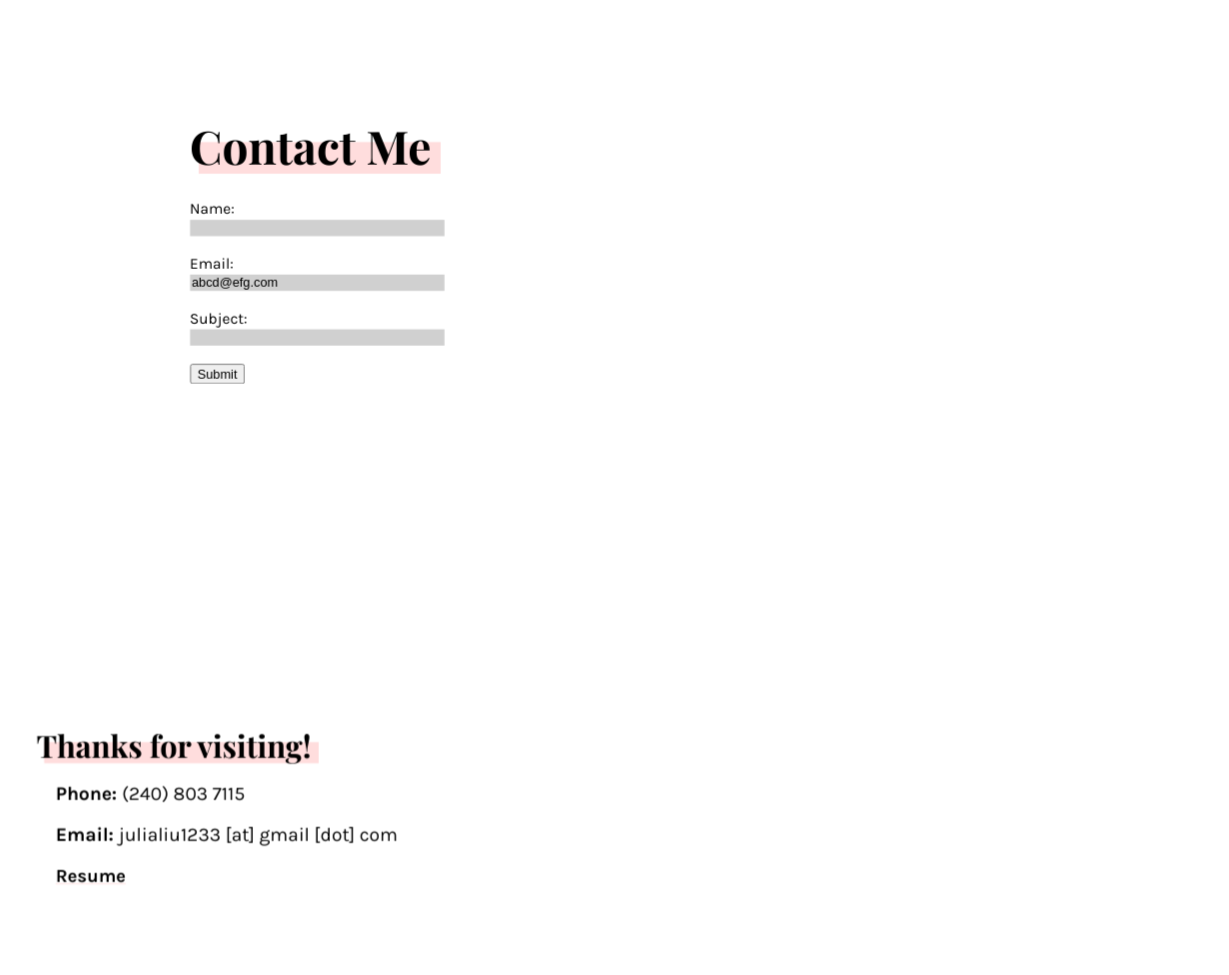
Repository: liu-julia/liu-julia.github.io
Page: contact.html
An editor plug-in stored every save of this project. The page is shown before and after the next save, followed by the edit.
The browser window is 1280 px wide. The pictures show the whole page, at 96% of full size.

Above is the page before, as saved 2022-05-19 15:32:50.

### contact.html
<!DOCTYPE html>
<html lang="en">
<head>
    <meta charset="UTF-8">
    <meta http-equiv="X-UA-Compatible" content="IE=edge">
    <meta name="viewport" content="width=device-width, initial-scale=1.0">
    <link rel="preconnect" href="https://fonts.googleapis.com">
    <link rel="preconnect" href="https://fonts.gstatic.com" crossorigin>
    <link href="https://fonts.googleapis.com/css2?family=Karla:wght@300;400;700&family=Open+Sans:wght@300;400;700&family=Playfair+Display:wght@400;700&family=Prata&display=swap" rel="stylesheet">
    <link rel="stylesheet" href="css/styles.css">
    <link rel="icon" href="images/jllogo.png">
    <script src="js/scripts.js"></script>
    <title>Julia Liu</title>
</head>
<body>
    <header id="topbar">
        <img id="logo" src="images/jllogo.png" alt="JL logo">
        <div id="navbar">
            <a class="hl_hover" href="index.html">Projects</a>
            <a class="hl_hover" href="about.html">About</a>
            <a class="highlighted" href="contact.html">Contact</a>
        </div>
    </header>
    <div id="content">
        <div class="form-container">
            <h2 class="highlighted">Contact Me</h2><br>
            <form>
                <label for="name"> Name:</label><br>
                <input type="text" id="name" name="name" required><br><br>
                <label for="email">Email:</label><br>
                <input type="email" id="email" size="30" value="abcd@efg.com" required><br><br>
                <label for="subject">Subject:</label><br>
                <input type="text" id="subject" name="subject" required><br><br>
                <button type="submit" value="Submit">Submit</buttom>
            </form>
        </div>
        <div id="foot">
            <h3 class="highlighted">Thanks for visiting!</h3>
            <div>
                <p><b>Phone: </b> (240) 803 7115</p>
                <p><b>Email: </b> juli<!--anti spam-->aliu1233 <!--anti spam--> [at] gmai<!--anti spam-->l [dot] com</p>
                <a href="JuliaLiu.pdf"><b>Resume</b></a>
            </div>
        </div>
    </div>
</body>
</html>

### css/styles.css
:root {
    font-family: 'Karla', sans-serif;
}
html {
    height: 100%;
}
header {
    position: fixed;
    top: 0;
    left: 0;
    right: 0;
    width: 100%;
    height: 60px;
    background-color: white;
    z-index: 1;
    box-shadow: 0 0 10px #FFFFFF;
    transition: top .2s;
}
#logo {
    width: 25px;
    height: 35px;
    padding: 13px;
}
#navbar {
    float: right;
}
#navbar a {
    position: relative;
    top: 10px;
    margin-right: 25px;
    align-self: center;
    color: black;
}
body {
    height: 100%;
}
#content {
    height: 100%;
}
h1 {
    font-family: 'Prata', serif;
    font-weight: 400;
    font-size: 6em;
}
#top {
    height: 100%;
}
h1{
    position: absolute;
    bottom: 12rem;
    left: 1rem;
    right: 1rem;
    text-align: center;
    margin: auto;
    width: 75%;
}
h1.highlighted::before {
    content: "";
    position: absolute;
    width: 100%;
    background: #ffdddd;
    left: .25em;
    bottom: .15em;
    height: .7em;
    z-index: -1;
    animation: highlightAnimation ease 3s;
    animation-iteration-count: 1;
    animation-fill-mode: forwards;
}

@keyframes highlightAnimation {
    0% {
        transform: scaleX(0);
        transform-origin: left;
    }
    100% {
        transform: scaleX(1);
        transform-origin: left;
     }
}

#navbar a.highlighted::before {
    content: "";
    position: absolute;
    width: 100%;
    background: #ffdddd;
    left: .25em;
    bottom: .05em;
    height: .7em;
    z-index: -1;
}
.hl_hover::before {
    content: "";
    position: absolute;
    width: 100%;
    background: #ffdddd;
    left: .25em;
    bottom: .05em;
    height: .7em;
    z-index: -1;
    transition: transform 0.5s;
    transform: scaleX(0);
    transform-origin: right;
}
.hl_hover:hover::before {
    transform: scaleX(1);
    transform-origin: left;
}
h2 {
    font-family: 'Playfair Display', serif;
    font-size: 3em;
}
h3 {
    font-family: 'Playfair Display', serif;
    font-size: 2em;

}
h4 {
    font-size: 1.1em;
    line-height: 1.5em;
}
h3.highlighted::before {
    content: "";
    position: absolute;
    width: 100%;
    background: #ffdddd;
    left: .25em;
    bottom: .05em;
    height: .7em;
    z-index: -1;
}
#navbar a {
    font-family: 'Playfair Display', serif;
    font-size: 1.5em;
    font-weight: 700;
    text-decoration: none;
}
p {
    font-size: 1.25rem;
}
#head_desc {
    font-size: 1.5em;
    font-weight: 400;
    position: absolute;
    bottom: 6rem;
    width: 90%;
    left: 1rem;
    right: 1rem;
    text-align: center;
    margin: auto;
    width: 75%;
}
#face {
    position: absolute;
    height: 45%;
    top: 5em;
    left: 30em;
    right: 30em;
    border-radius: 2em;
    margin: auto;
    box-shadow: 2px 2px 10px #00000066;
}
#foot {
    padding-left: 30px;
    position: absolute;
    width: 90%;
    height: 40%;
}
#foot h3.highlighted {
    position: absolute;
    bottom: 65%;
}
#foot div {
    position: absolute;
    bottom: 25%;
    padding: 20px;
}
a {
    color: black;
    text-decoration: underline;
    text-decoration-color: #ffdddd;
    transition: text-decoration ease-in .2s;
}
#foot a {
    font-size: 1.2rem;
}
a:hover {
    text-decoration-color: #ffb4b4;
}
#construction {
    height: 100%;
}

body {
    animation: fadeInAnimation ease 2s;
    animation-iteration-count: 1;
    animation-fill-mode: forwards;
}

@keyframes fadeInAnimation {
    0% {
        opacity: 0;
    }
    100% {
        opacity: 1;
     }
}
.project {
    width: 70%;
    display: flex;
    margin: auto;
    height: 40%;
    padding: 2.5rem;
    align-items: center;
}
.project img {
    max-width: 40%;
    max-height: 100%;
    box-shadow: 2px 2px 10px #00000066;
    border-radius: 2rem;
    margin: 2em;
}

a img {
    max-width: 8%;
    position: absolute;
    bottom: 30px;
    margin: auto;
    left: 1rem;
    right: 1rem;
}
.about {
    width: 70%;
    display: flex;
    margin: auto;
    height: 100%;
    align-items: center;
}

.about img {
    max-width: 30%;
    box-shadow: 2px 2px 10px #00000066;
    border-radius: 2rem;
    margin: 2em;
}

.about-text {
    position: absolute;
    margin-left: 25%;
    margin-right: 15%;
}
.about-text h2 {
    position: absolute;
    top: -110px;
}

h2.highlighted::before {
    content: "";
    position: absolute;
    width: 100%;
    background: #ffdddd;
    left: .20em;
    bottom: .05em;
    height: .7em;
    z-index: -1;
}

.form-container {
    width: 70%;
    margin: auto;
    height: 100%;
}

.form-container h2 {
    position: absolute;
    top: 5rem;
}

form {
    position: absolute;
    top: 13rem;
}

input {
    width: 100%;
    background-color: #d0d0d0;
    border: none;
}

### js/scripts.js
var prevScrollpos = window.pageYOffset;
window.onscroll = function() {
  var currentScrollPos = window.pageYOffset;
  if (prevScrollpos > currentScrollPos) {
    document.getElementById("topbar").style.top = "0";
  } else {
    document.getElementById("topbar").style.top = "-70px";
  }
  prevScrollpos = currentScrollPos;
}

After the next save:
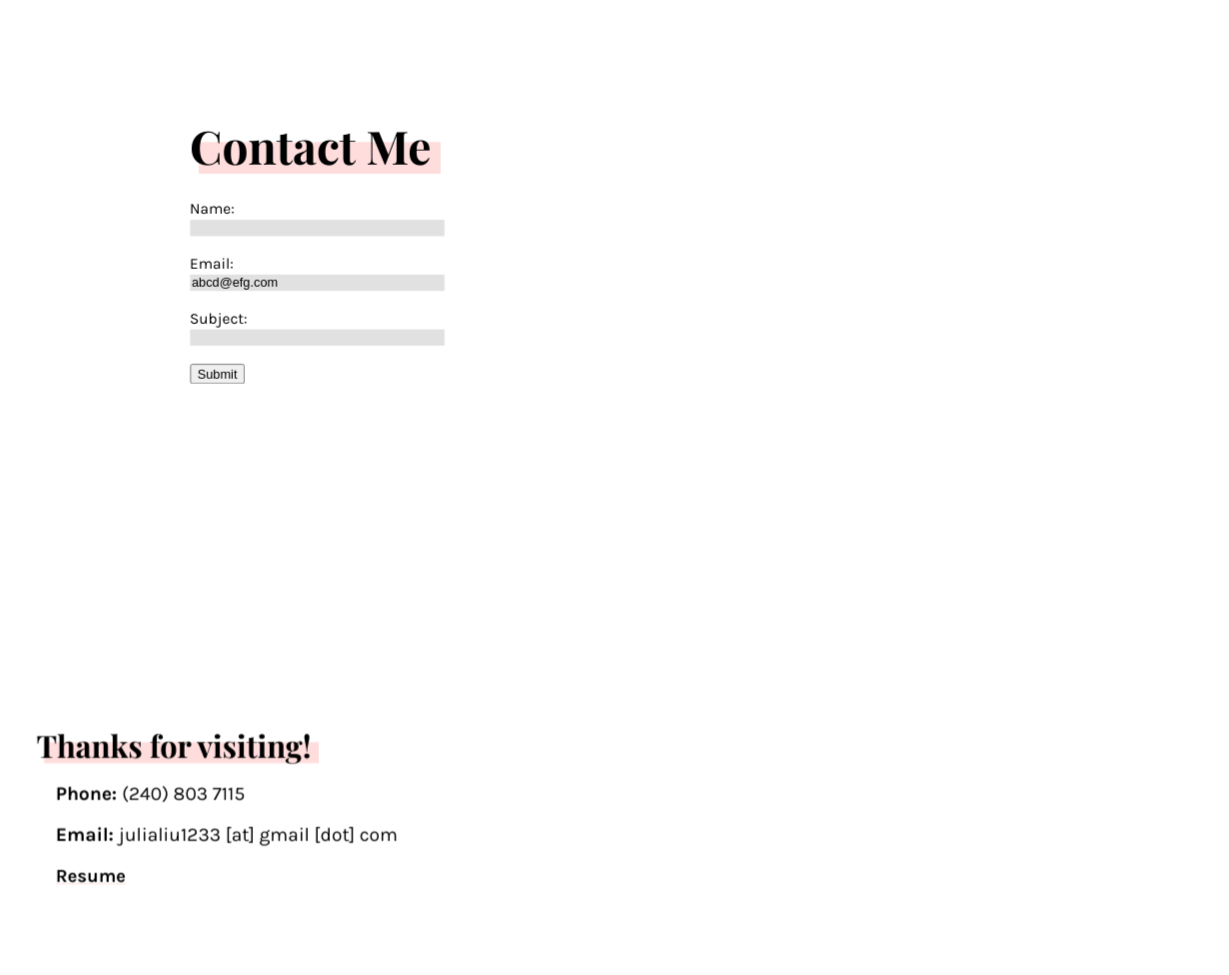
Saved 12 s later.
--- a/css/styles.css
+++ b/css/styles.css
@@ -283,6 +283,6 @@ form {
 
 input {
     width: 100%;
-    background-color: #d0d0d0;
+    background-color: #e1e1e1;
     border: none;
 }
